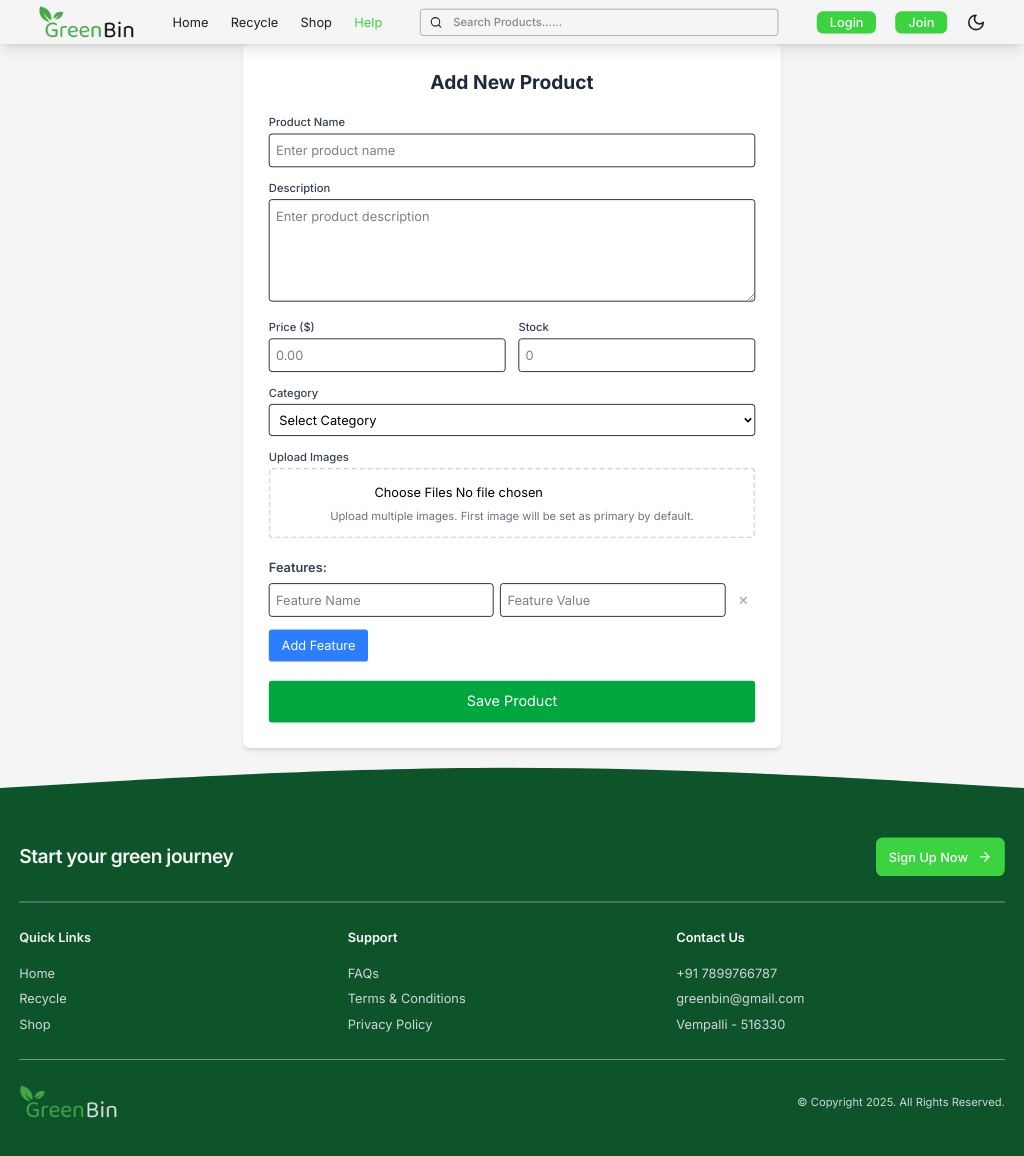
Repository: Siddhu123456/Plastic-Waste-Management
Page: /pform (app in frontend/)
The author's editor kept a copy of each file at every save. The page is drawn from the files as they stood at one save, then again after the next save.
The browser window is 1280 px wide. The pictures show the whole page, at 80% of full size.
The project was rebuilt for these pictures with package versions that can differ from the ones it lists, and the page was loaded fresh each time. Also part of the build but not shown: frontend/vite.config.js, frontend/src/components/ProductCard.jsx, frontend/src/components/TrendingProductsCarousel.jsx, frontend/src/data/products.js, frontend/src/pages/Home.jsx, frontend/src/components/FilterBar.jsx, frontend/src/pages/customer/Shop.jsx, frontend/src/pages/customer/Recycle.jsx and 15 more. Imported but missing from the stored project, and not drawn on this page: frontend/src/pages/Help, frontend/src/pages/customer/WishList.

Above is the page before, as saved 2025-04-29 08:06:59.

After the next save:
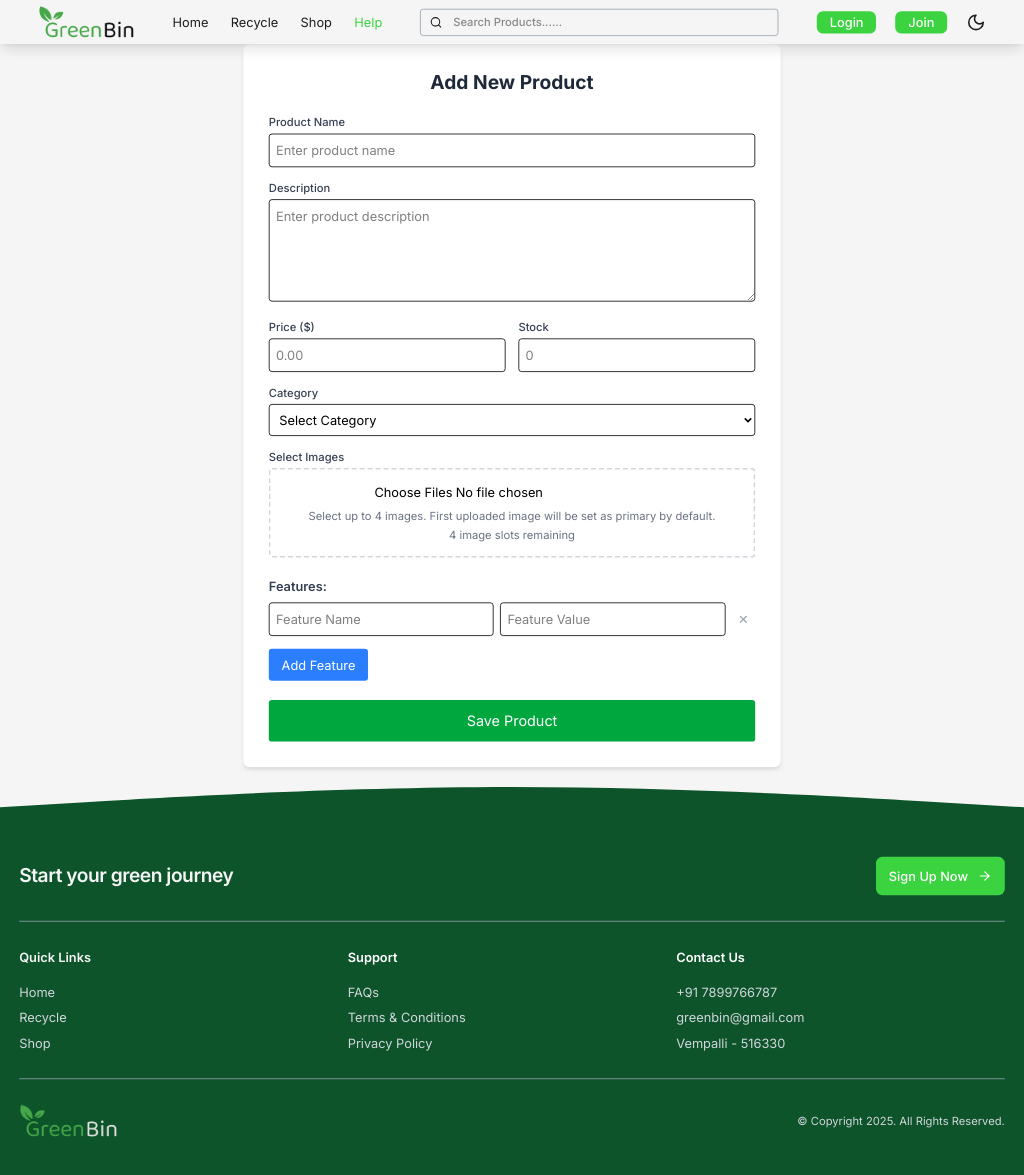
Saved 13 h 34 min later.
--- a/frontend/src/pages/admin/ProductForm.jsx
+++ b/frontend/src/pages/admin/ProductForm.jsx
@@ -8,6 +8,7 @@ const ProductForm = () => {
   const [stock, setStock] = useState("");
   const [category, setCategory] = useState("");
   const [images, setImages] = useState([]);
+  const [selectedFiles, setSelectedFiles] = useState([]); // Store selected files before upload
   const [features, setFeatures] = useState([{ featureName: "", featureValue: "" }]);
   const [uploading, setUploading] = useState(false);
 
@@ -25,16 +26,43 @@ const ProductForm = () => {
     return response.data.secure_url;
   };
 
-  const handleImageUpload = async (event) => {
+  const handleFileSelection = (event) => {
     const files = Array.from(event.target.files);
-    if (files.length === 0) return;
+    // Limit to 4 files total (existing selected + new)
+    const totalFiles = [...selectedFiles, ...files];
+
+    if (totalFiles.length > 4) {
+      alert("You can only select up to 4 images total.");
+      return;
+    }
+
+    // Create object URLs for preview
+    const newSelectedFiles = files.map(file => ({
+      file,
+      preview: URL.createObjectURL(file),
+      name: file.name
+    }));
+
+    setSelectedFiles([...selectedFiles, ...newSelectedFiles]);
+  };
+
+  const removeSelectedFile = (indexToRemove) => {
+    const newSelectedFiles = selectedFiles.filter((_, idx) => idx !== indexToRemove);
+    setSelectedFiles(newSelectedFiles);
+  };
+
+  const uploadAllImages = async () => {
+    if (selectedFiles.length === 0) {
+      alert("Please select at least one image first!");
+      return;
+    }
 
     setUploading(true);
 
     try {
       const uploadedImages = await Promise.all(
-        files.map(async (file, index) => {
-          const url = await uploadImage(file);
+        selectedFiles.map(async (fileObj, index) => {
+          const url = await uploadImage(fileObj.file);
           return {
             imageUrl: url,
             // Set as primary only if it's the first image AND there are no existing images
@@ -44,6 +72,7 @@ const ProductForm = () => {
       );
 
       setImages([...images, ...uploadedImages]);
+      setSelectedFiles([]); // Clear selected files after successful upload
     } catch (error) {
       console.error("Error uploading images:", error);
       alert("Error uploading images. Please try again.");
@@ -233,19 +262,52 @@ const ProductForm = () => {
       </div>
 
       <div className="mb-6">
-        <label className="block text-sm font-medium text-gray-700 mb-1">Upload Images</label>
+        <label className="block text-sm font-medium text-gray-700 mb-1">Select Images</label>
         <div className="border-2 border-dashed border-gray-300 p-4 rounded text-center">
           <input
             type="file"
             multiple
-            onChange={handleImageUpload}
+            onChange={handleFileSelection}
             className="mb-2"
+            disabled={uploading || selectedFiles.length >= 4}
+          />
+          <p className="text-sm text-gray-500">
+            Select up to 4 images. First uploaded image will be set as primary by default.
+          </p>
+          <p className="text-sm text-gray-500 mt-1">
+            {4 - selectedFiles.length} image slots remaining
+          </p>
+        </div>
+      </div>
+
+      {selectedFiles.length > 0 && (
+        <div className="mb-6">
+          <h2 className="font-semibold mb-2 text-gray-700">Selected Images:</h2>
+          <div className="flex gap-4 flex-wrap">
+            {selectedFiles.map((fileObj, idx) => (
+              <div key={idx} className="relative">
+                <img src={fileObj.preview} alt="Selected" className="w-24 h-24 object-cover rounded border" />
+                <div className="absolute bottom-0 left-0 right-0 bg-black bg-opacity-50 p-1">
+                  <button
+                    onClick={() => removeSelectedFile(idx)}
+                    className="text-xs text-white hover:text-red-300 w-full text-center"
+                  >
+                    Remove
+                  </button>
+                </div>
+                <div className="text-xs mt-1 text-center truncate max-w-24">{fileObj.name}</div>
+              </div>
+            ))}
+          </div>
+          <button
+            onClick={uploadAllImages}
             disabled={uploading}
-          />
-          <p className="text-sm text-gray-500">Upload multiple images. First image will be set as primary by default.</p>
-          {uploading && <p className="text-sm text-blue-500 mt-2">Uploading images...</p>}
-        </div>
-      </div>
+            className="bg-blue-500 text-white px-4 py-2 rounded hover:bg-blue-600 transition mt-4 w-full"
+          >
+            {uploading ? "Uploading..." : "Upload All Images"}
+          </button>
+        </div>
+      )}
 
       {images.length > 0 && (
         <div className="mb-6">
